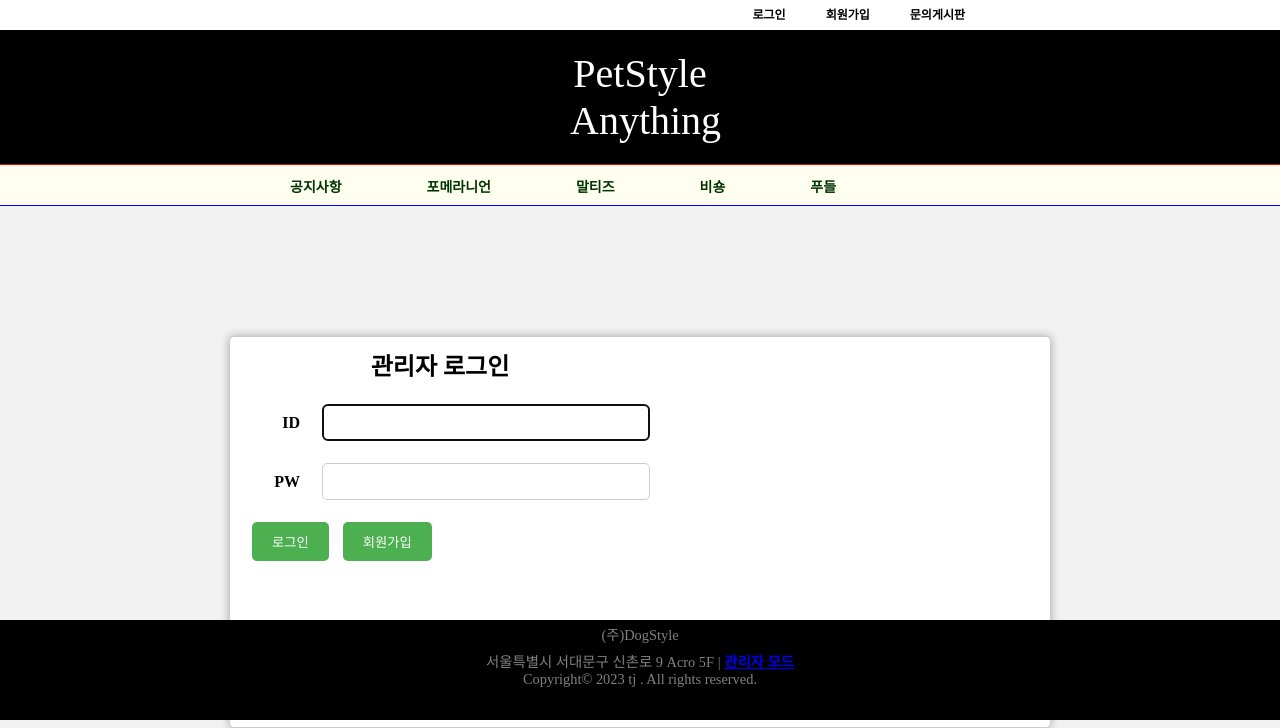
Repository: kdkk2000/Project
Page: http://localhost/petstyle/admin/adminLogin.jsp
These files come from the project's save history. The page is drawn as it stood at one moment and after the next save; the edit follows.
The browser window is 1280 px wide. The pictures show the whole page.
The page is served by Tomcat 9. The template is opened directly, without the code that normally fills it, so the values that code supplies are empty.

Above is the page before, as saved 2023-03-29 06:37:16.

After the next save:
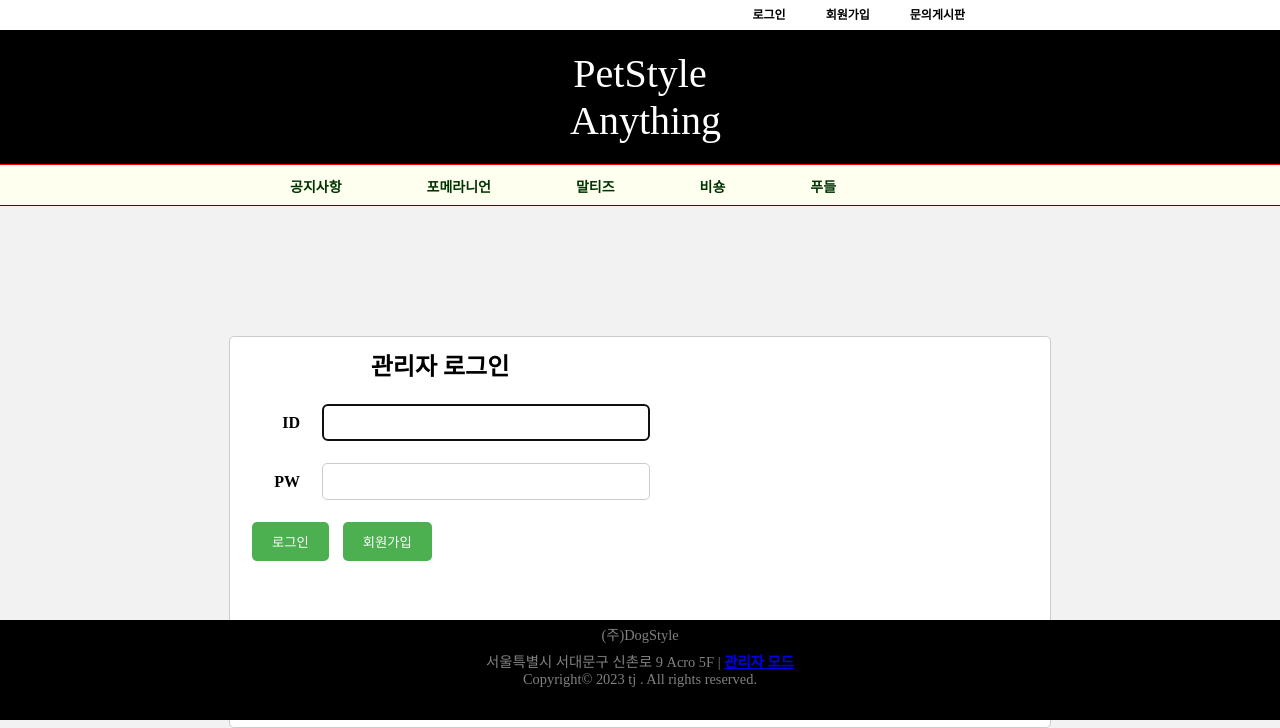
Saved 14 s later.
--- a/petstyle/WebContent/css/login.css
+++ b/petstyle/WebContent/css/login.css
@@ -11,7 +11,6 @@ body {
   background-color: #fff;
   border: 1px solid #ccc;
   border-radius: 5px;
-  box-shadow: 0px 0px 10px rgba(0, 0, 0, 0.3);
 }
 
 form table {
